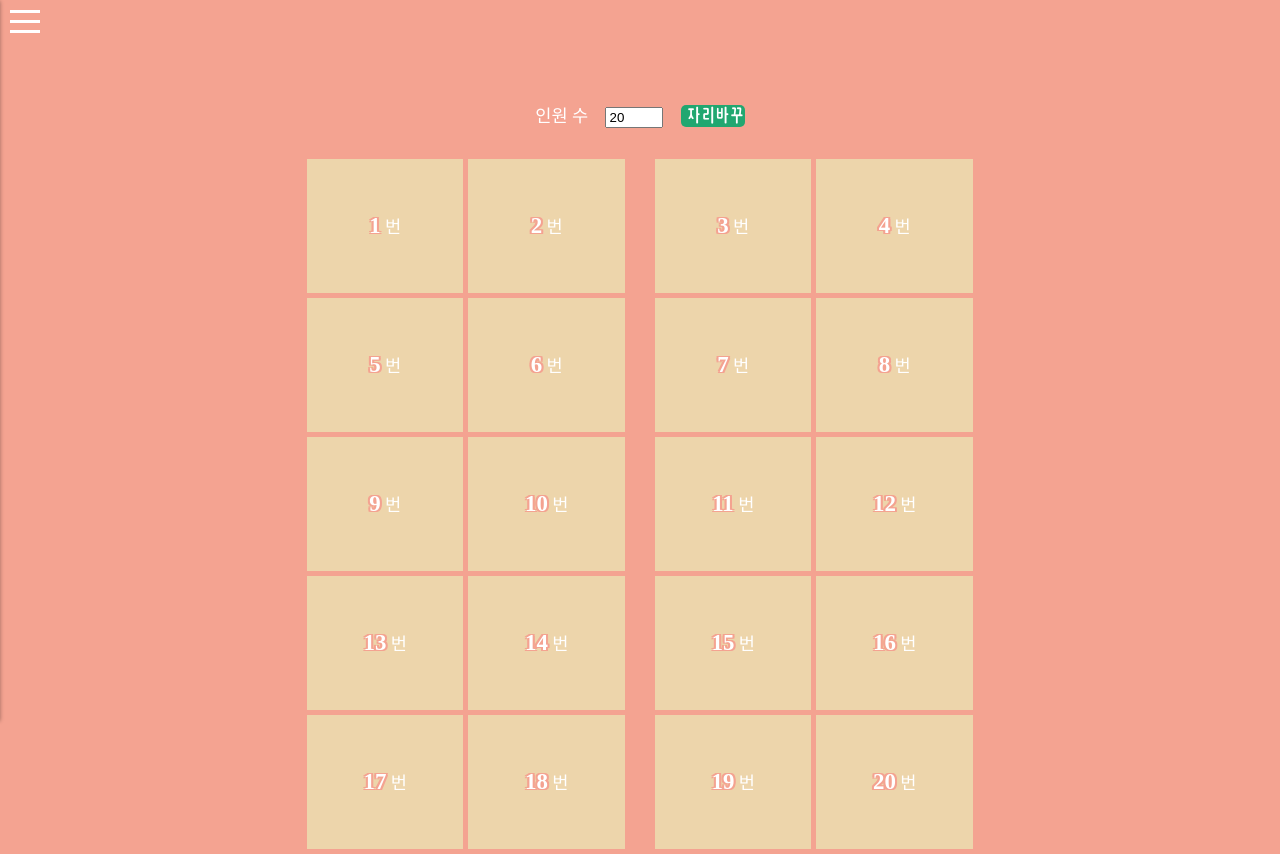
Repository: se-yoo/ChangeSeat
Page: http://localhost/ChangeSeat/change.jsp
These files come from the project's save history. The page is drawn as it stood at one moment and after the next save; the edit follows.
The browser window is 1280 px wide. The pictures show the whole page.
Some web fonts or font styles are not loaded; a fallback is used. Some web libraries are served in a nearby version. The page is served by Tomcat 9.

Above is the page before, as saved 2018-06-26 00:00:42.

After the next save:
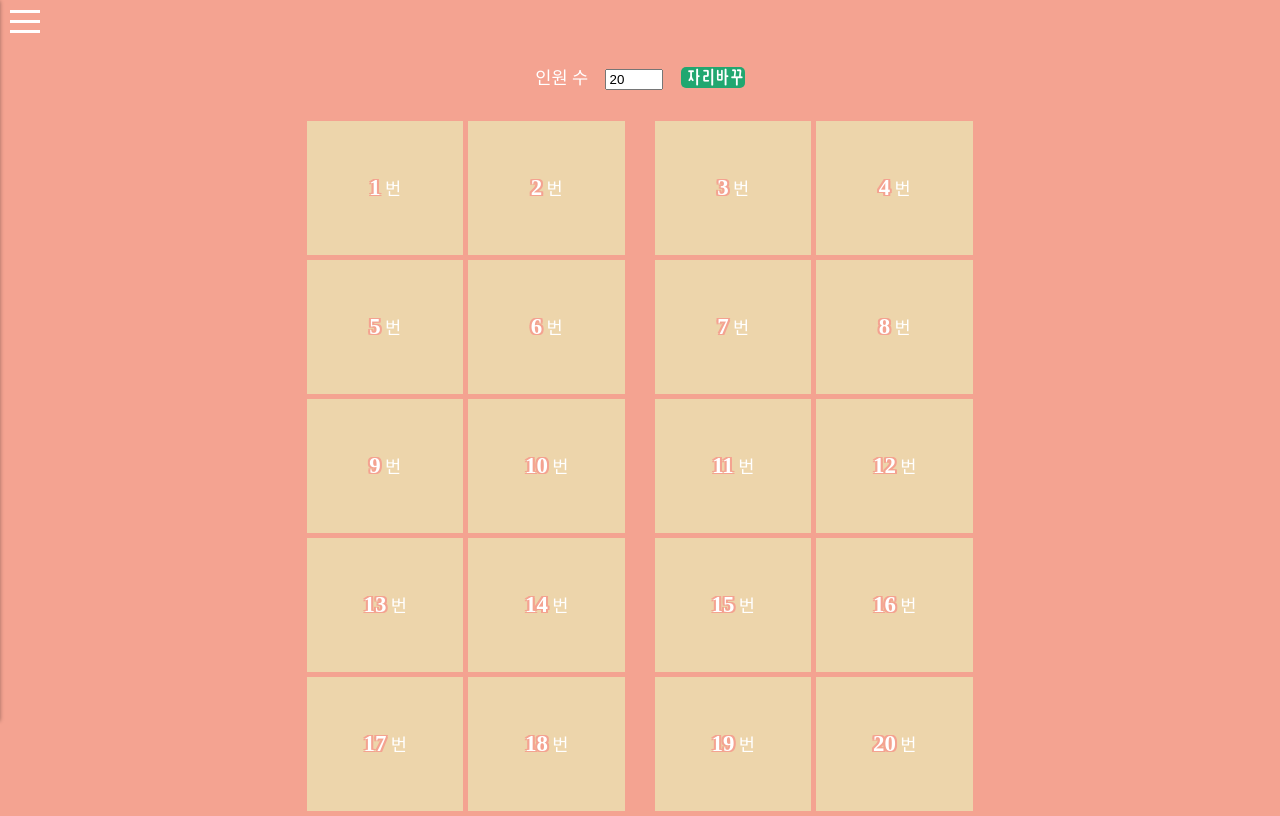
Saved 16 s later.
--- a/ChangeSeat/WebContent/changeStyle.css
+++ b/ChangeSeat/WebContent/changeStyle.css
@@ -13,7 +13,7 @@ body{
 	color:white;
 }
 form{
-	margin-top:8%;
+	margin-top:5%;
 }
 input[type='button']{
 	width:5%;
